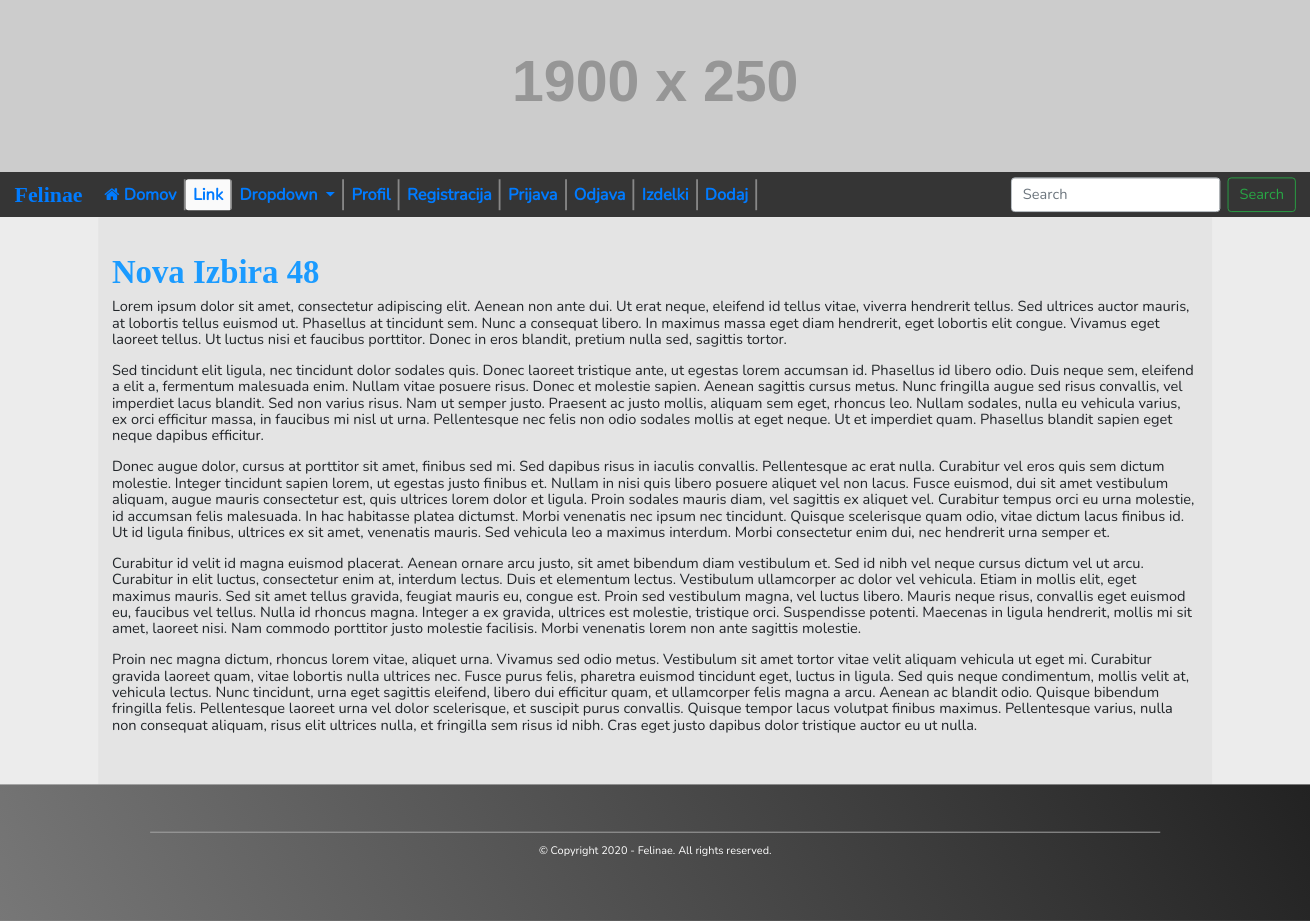
Repository: UrbyK/Felinae
Page: http://localhost/index.php?page=home
These files come from the project's save history. The page is drawn as it stood at one moment and after the next save; the edit follows.
The browser window is 1440 px wide. The pictures show the whole page, at 91% of full size.
Some web fonts or font styles are not loaded; a fallback is used. The page is run by PHP 8.4 with error messages shown; the project is at /var/www/html/.

Above is the page before, as saved 2020-08-29 18:34:10.

### index.php
<?php
    session_start();

    include './functions.php';

    $pdo = pdo_connect_mysql();

    $_GET   = filter_input_array(INPUT_GET, FILTER_SANITIZE_STRING);
    $_POST  = filter_input_array(INPUT_POST, FILTER_SANITIZE_STRING);

    $page = isset($_GET['page']) && file_exists($_GET['page']. '.php') ? $_GET['page'] : 'home';
    include $page . '.php';

    template_footer();

?>

### functions.php
<?php
    include './includes/dbh.inc.php';

    include_once('./includes/search-functions.php');
    include_once('./includes/picture-upload.inc.php');

    function template_header($title){
        include_once('./header.php');
    }

    function template_footer(){
        include_once('./footer.php');
    }


    function countries(){
        $pdo = pdo_connect_mysql();
        $stmt = $pdo->prepare("SELECT * FROM country");
        $stmt->execute();
        $result = $stmt->fetchAll(PDO::FETCH_ASSOC);
        return $result;
    }

    function slugify($string){
        return strtolower(trim(preg_replace('/[^A-Za-z0-9-]+/', '-', $string), '-'));
    }

    function get_image($product_id){
        $pdo = pdo_connect_mysql();
        $stmt = $pdo->prepare("SELECT * FROM product_image WHERE product_id = ?");
        $stmt->execute([$product_id]);
        $result = $stmt->fetchAll(PDO::FETCH_ASSOC);
        return $result;
    }

    function retail_price($product_id){
        $pdo = pdo_connect_mysql();
        $stmt = $pdo->prepare("SELECT * FROM product WHERE ID = ?");
        $stmt->execute([$product_id]);
        $product = $stmt->fetch();

        if($product['startsAt'] <= date('Y-m-d H:i:s') && date('Y-m-d H:i:s') <= $product['endsAt']){
            $retail_price = round($product['price']-($product['price']*($product['discount']/100)), 2);
        }
        else{
            $retail_price = $product['price'];
        }

        return $retail_price;

    }

?>

### includes/dbh.inc.php
<?php
    function pdo_connect_mysql(){
        /* credentials */
        $dbHost = 'localhost';
        $dbUser = 'root';
        $dbPass = '';
        $dbName = 'felinae';

        try{
            return new PDO('mysql:host=' . $dbHost . ';dbname=' . $dbName . ';charset=utf8', $dbUser, $dbPass);
        } catch (PDOException $exception) {
            // If there is an error with the connection, stop the script and display the error.
            die ('Failed to connect to database!'. $exception->getMessage());
        }
    }
?>

### includes/search-functions.php
<?php
    function get_city($pdo, $city, $postalCode, $country_id){

        $query = "SELECT * FROM city WHERE country_id = ? AND lower(city) LIKE lower(?) AND postalCode = ?";
        $stmt = $pdo->prepare($query);
        $stmt->execute([$country_id, $city, $postalCode]);
        return $stmt;
    }
?>

### includes/picture-upload.inc.php
<?php

    function image_upload($product_id, $url, $caption, $i){

        $pdo = pdo_connect_mysql();
        $target_dir = "./uploads/";
        $relative_dir = "./uploads/";

        $change_name = date("Y-m-d-h-i-s")."-".$product_id."-".basename($url);
        $change_name;
        $target_file = $target_dir . $change_name;
        $relative_file = $relative_dir . $change_name;

        $uploadOk = 1;
        $imageFileType = strtolower(pathinfo($target_file,PATHINFO_EXTENSION));

        if(isset($_POST["submit"])) {
            $check = getimagesize($_FILES["image"]["tmp_name"][$i]);
            if($check !== false) {
                //echo "File is an image - " . $check["mime"] . ".";
                $uploadOk = 1;
            } else {
                //echo "File is not an image.";
                $uploadOk = 0;
            }
        }

        if($imageFileType != "jpg" && $imageFileType != "png" && $imageFileType != "jpeg"
        && $imageFileType != "gif" ) {
            $uploadOk = 0;
        }

        if ($uploadOk == 1) {
            if (move_uploaded_file($_FILES["image"]["tmp_name"][$i], $target_file)) {
                //vse je ok, zapišem še v bazo
                $query = "INSERT INTO product_image(product_id, image, caption) VALUES (?,?,?)";
                $stmt = $pdo->prepare($query);
                $stmt->execute([$product_id, $relative_file, $caption]);
            }
        }
    }

?>

### home.php
<?=template_header('Home')?>
<div class="row">
    <h1>Nova Izbira 48</h1>
    <p>
    Lorem ipsum dolor sit amet, consectetur adipiscing elit. Aenean non ante dui. Ut erat neque, eleifend id tellus vitae, viverra hendrerit tellus. Sed ultrices auctor mauris, at lobortis tellus euismod ut. Phasellus at tincidunt sem. Nunc a consequat libero. In maximus massa eget diam hendrerit, eget lobortis elit congue. Vivamus eget laoreet tellus. Ut luctus nisi et faucibus porttitor. Donec in eros blandit, pretium nulla sed, sagittis tortor.
    </p>
    <p>
    Sed tincidunt elit ligula, nec tincidunt dolor sodales quis. Donec laoreet tristique ante, ut egestas lorem accumsan id. Phasellus id libero odio. Duis neque sem, eleifend a elit a, fermentum malesuada enim. Nullam vitae posuere risus. Donec et molestie sapien. Aenean sagittis cursus metus. Nunc fringilla augue sed risus convallis, vel imperdiet lacus blandit. Sed non varius risus. Nam ut semper justo. Praesent ac justo mollis, aliquam sem eget, rhoncus leo. Nullam sodales, nulla eu vehicula varius, ex orci efficitur massa, in faucibus mi nisl ut urna. Pellentesque nec felis non odio sodales mollis at eget neque. Ut et imperdiet quam. Phasellus blandit sapien eget neque dapibus efficitur.
    </p>
    <p>
    Donec augue dolor, cursus at porttitor sit amet, finibus sed mi. Sed dapibus risus in iaculis convallis. Pellentesque ac erat nulla. Curabitur vel eros quis sem dictum molestie. Integer tincidunt sapien lorem, ut egestas justo finibus et. Nullam in nisi quis libero posuere aliquet vel non lacus. Fusce euismod, dui sit amet vestibulum aliquam, augue mauris consectetur est, quis ultrices lorem dolor et ligula. Proin sodales mauris diam, vel sagittis ex aliquet vel. Curabitur tempus orci eu urna molestie, id accumsan felis malesuada. In hac habitasse platea dictumst. Morbi venenatis nec ipsum nec tincidunt. Quisque scelerisque quam odio, vitae dictum lacus finibus id. Ut id ligula finibus, ultrices ex sit amet, venenatis mauris. Sed vehicula leo a maximus interdum. Morbi consectetur enim dui, nec hendrerit urna semper et.
    </p>
    <p>
    Curabitur id velit id magna euismod placerat. Aenean ornare arcu justo, sit amet bibendum diam vestibulum et. Sed id nibh vel neque cursus dictum vel ut arcu. Curabitur in elit luctus, consectetur enim at, interdum lectus. Duis et elementum lectus. Vestibulum ullamcorper ac dolor vel vehicula. Etiam in mollis elit, eget maximus mauris. Sed sit amet tellus gravida, feugiat mauris eu, congue est. Proin sed vestibulum magna, vel luctus libero. Mauris neque risus, convallis eget euismod eu, faucibus vel tellus. Nulla id rhoncus magna. Integer a ex gravida, ultrices est molestie, tristique orci. Suspendisse potenti. Maecenas in ligula hendrerit, mollis mi sit amet, laoreet nisi. Nam commodo porttitor justo molestie facilisis. Morbi venenatis lorem non ante sagittis molestie.
    </p>
    <p>
    Proin nec magna dictum, rhoncus lorem vitae, aliquet urna. Vivamus sed odio metus. Vestibulum sit amet tortor vitae velit aliquam vehicula ut eget mi. Curabitur gravida laoreet quam, vitae lobortis nulla ultrices nec. Fusce purus felis, pharetra euismod tincidunt eget, luctus in ligula. Sed quis neque condimentum, mollis velit at, vehicula lectus. Nunc tincidunt, urna eget sagittis eleifend, libero dui efficitur quam, et ullamcorper felis magna a arcu. Aenean ac blandit odio. Quisque bibendum fringilla felis. Pellentesque laoreet urna vel dolor scelerisque, et suscipit purus convallis. Quisque tempor lacus volutpat finibus maximus. Pellentesque varius, nulla non consequat aliquam, risus elit ultrices nulla, et fringilla sem risus id nibh. Cras eget justo dapibus dolor tristique auctor eu ut nulla.
    </p>
</div>

<?=template_footer()?>

### header.php
<!DOCTYPE html>
<html>
    <head>
        <meta charset="utf-8" content="text/html"/>
        <meta name="viewport" content="width=device-width, intital-scale=1.0"/>

        <!-- JavaScript -->
        <script src="https://code.jquery.com/jquery-3.5.1.js" integrity="sha256-QWo7LDvxbWT2tbbQ97B53yJnYU3WhH/C8ycbRAkjPDc=" crossorigin="anonymous"></script>
        <!-- Boostrap -->
            <!-- CSS -->
        <link rel="stylesheet" href="https://stackpath.bootstrapcdn.com/bootstrap/4.5.0/css/bootstrap.min.css"
            integrity="sha384-9aIt2nRpC12Uk9gS9baDl411NQApFmC26EwAOH8WgZl5MYYxFfc+NcPb1dKGj7Sk" crossorigin="anonymous" />

            <!-- JavaScript -->
        <script src="https://stackpath.bootstrapcdn.com/bootstrap/4.5.0/js/bootstrap.bundle.min.js"
             integrity="sha384-1CmrxMRARb6aLqgBO7yyAxTOQE2AKb9GfXnEo760AUcUmFx3ibVJJAzGytlQcNXd" crossorigin="anonymous"></script>

        <!-- FONTAWESOME -->
        <link rel="stylesheet" href="https://stackpath.bootstrapcdn.com/font-awesome/4.7.0/css/font-awesome.min.css" integrity="sha384-wvfXpqpZZVQGK6TAh5PVlGOfQNHSoD2xbE+QkPxCAFlNEevoEH3Sl0sibVcOQVnN"
         crossorigin="anonymous">

         <script src="./js/active-menu.js" crossorigin="anonymous"></script>

         <!--CUSTOM CSS-->
         <link rel="stylesheet" href="./css/style.css">

        <title>Felinae</title>
    </head>

    <body>

        <header>
            <div class="banner"><img src="https://via.placeholder.com/1900x250" alt="banner"></div>
        </header>

       <!-- <nav class="navbar sticky-top navbar-expand-lg navbar-light bg-light ">-->
        <nav class="navbar sticky-top navbar-expand-lg">
            <a class="navbar-brand" href="#">Felinae</a>
            <button class="navbar-toggler ml-auto custom-toggler" type="button" data-toggle="collapse" data-target="#navbarSupportedContent" aria-controls="navbarSupportedContent" aria-expanded="false" aria-label="Toggle navigation">
                <span class="navbar-toggler-icon"></span>
            </button>

            <div class="collapse navbar-collapse" id="navbarSupportedContent">

                <ul class="navbar-nav mr-auto">
                    <li class="nav-item">
                        <a class="nav-link" href="./index.php"><i class="fa fa-home" aria-hidden="true"></i> Domov <span class="sr-only">(current)</span></a>
                    </li>
                    <li class="nav-item">
                        <a class="nav-link" href="./index.php?page=home">Link</a>
                    </li>
                    <li class="nav-item dropdown" >
                        <a class="nav-link dropdown-toggle" href="#" id="navbarDropdown" role="button" data-toggle="dropdown" aria-haspopup="true" aria-expanded="false">
                        Dropdown
                        </a>
                        <div class="dropdown-menu" aria-labelledby="navbarDropdown">
                        <a class="dropdown-item" href="#">Action</a>
                        <a class="dropdown-item" href="#">Another action</a>
                        <div class="dropdown-divider"></div>
                        <a class="dropdown-item" href="#">Something else here</a>
                        </div>
                    </li>

                    <li class="nav-item">
                        <a class="nav-link" href="./index.php?page=profile">Profil</a>
                    </li>
                    <li class="nav-item">
                        <a class="nav-link" href="./index.php?page=register-user">Registracija</a>
                    </li>
                    <li class="nav-item">
                        <a class="nav-link" href="./index.php?page=login">Prijava</a>
                    </li>
                    <li class="nav-item">
                        <a class="nav-link" href="./index.php?page=logout">Odjava</a>
                    </li>
                    <li class="nav-item">
                        <a class="nav-link" href="./index.php?page=products">Izdelki</a>
                    </li>
                    <li class="nav-item">
                        <a class="nav-link" href="./index.php?page=product-add">Dodaj</a>
                    </li>

                </ul>

                <form class="form-inline my-2 my-lg-0">
                    <input class="form-control mr-sm-2" type="search" placeholder="Search" aria-label="Search">
                    <button class="btn btn-outline-success my-2 my-sm-0" type="submit">Search</button>
                </form>

            </div>
        </nav>

    <div class="container-fluid">

### footer.php
    </div><!-- class="container-fluid" --->

        <footer class="page-footer font-small flow-footer" id="footer" role="contentinfo">
            <div class="footer-wrapper">
                <div class="container container-footer">
                    <div class="row">

                        <div class="col-12 copy">

                            <p class="text-center">&copy; Copyright 2020 - Felinae.  All rights reserved.</p>

                        </div>

                    </div>
                </div>
            </div>
        </footer>





    </body>
</html>

### js/active-menu.js
$(function(){
    // this will get the full URL at the address bar
    var url = window.location.href;

    // passes on every "a" tag
    $(".navbar a").each(function() {
            // checks if its the same on the address bar
        if(url === (this.href)) {
            $(this).closest("li").addClass("active");
        }
    });
});

### css/style.css
@import url('http://fonts.googleapis.com/css?family=Oxygen+Mono');
@import url('https://fonts.googleapis.com/css?family=Damion|Neucha|Pacifico|Yellowtail&display=swap');
@import url('https://fonts.googleapis.com/css2?family=Crimson+Text&family=Nunito&family=Overlock&family=Source+Sans+Pro&display=swap');
@import url('https://fonts.googleapis.com/css2?family=Love+Ya+Like+A+Sister&display=swap');

*{
    text-decoration: none;
    list-style: none;
}

body{
    padding: 0;
    margin: 0 auto;
    font-size: 16px;
    line-height: 1.125em;
    height: 100%;
    min-height: 100%;
    font-family: 'Nunito', 'Source Sans Pro', sans-serif;
    background-color: #ececec;
    display: flex;
    flex-direction: column;
}

h1, h2, h3, h4, h5, h6{
    font-family: 'Overlock', 'Crimson Text', cursive, serif;
    color: #1b9bff;
    font-weight: 550;
    line-height: 1.125em;
}

h1{
    font-size: 36px;
}
h2{
    font-size: 32px;
}
h3{
    font-size: 28px;
}
h4{
    font-size: 24px;
}
h5{
    font-size: 20px;
}
h6{
    font-size: 16px;
}

.container-fluid{
  max-width: 100%;
  width: auto;
  height: auto;
  align-content: center;
  background-color: #e4e4e4;
  padding-top: 20px;
  padding-bottom: 20px;
}

@media all and (min-width: 1300px){
  .container-fluid{
    max-width: 85%;
  }
}

.container, .container-fluid{
  height: 100%;
  min-height: 100%;
}

/* BANNER */
.banner img{
    width: 100%;
    height: auto;
}

/*NAVBAR*/
.navbar{
    background-color: rgb(53,53,53);
    font-size: 18px;
    font-weight: 600;
    max-height: 50px;
}

.navbar-brand{
    font-size: 24px;
    font-family: 'Love Ya Like A Sister','Overlock';
    font-weight: 800;

}

.custom-toggler .navbar-toggler-icon {
    background-image: url("data:[embedded picture, 239 characters]");
  }

  .custom-toggler, .navbar-toggler {
    border-color: rgb(27, 155, 255);
    border-width: 2px;
  }

  .active{
    background-color: #FAFAFA;
    border-radius: 3px;
  }
.navbar-nav .nav-item{
    border-right: 2px solid #888;
}

/*=======FOOTER=========*/
footer {
  background: #535355;
  background: -webkit-linear-gradient(63deg, #777777, #222222);
  background: linear-gradient(63deg, #777777, #222222);
  color: white;
  height: 150px;
  position: relative;
  width: 100%;
}

footer a {
  color: #fefefe;
  font-size: 14px;
  transition-duration: 0.2s;
}

footer a:hover {
  color: #1b9bff;
  text-decoration: none;
}

.copy {
  font-size: 12px;
  padding: 10px;
  border-top: 1px solid #aaa;
}

.footer-wrapper {
  padding-top: 2em;
  color: white;
}



/*REGISTER/LOGIN FORM*/

.my-form .hint{
    font-size: 10px;
}

/*======PRODUCT ADD======*/
.form-group .col #charNum{
  float: right;
}

/*======== HOVERBOX ==============*/
/* displays text when you hover over the image */
.hvrbox,
.hvrbox * {
  box-sizing: border-box;
}

.hvrbox {
  position: relative;
  display: inline-block;
  overflow: hidden;

  height: 100%;
  width: auto;
  margin-top: 5%;
  padding-bottom: 10px;

  border-bottom: 1px dashed #aaa;
}

.hvrbox img {
  max-width: 100%;
  margin: auto;
}

.hvrbox .hvrbox-layer_bottom {
  display: block;
}

.hvrbox .hvrbox-layer_top {
  opacity: 0;
  position: absolute;
  top: 0;
  left: 0;
  right: 0;
  bottom: 0;
  width: 100%;
  height: 100%;
  background: rgba(0, 0, 0, 0.6);
  color: #fff;
  padding: 15px;
  -moz-transition: all 0.5s ease-in-out 0s;
  -webkit-transition: all 0.5s ease-in-out 0s;
  -ms-transition: all 0.5s ease-in-out 0s;
  transition: all 0.5s ease-in-out 0s;
}

.hvrbox:hover .hvrbox-layer_top,
.hvrbox.active .hvrbox-layer_top {
  opacity: 1;
  height: 100%;
}

.hvrbox .hvrbox-text {
  text-align: center;
  font-size: 17px;
  display: inline-block;
  position: absolute;
  top: 50%;
  left: 50%;
  -moz-transform: translate(-50%, -50%);
  -webkit-transform: translate(-50%, -50%);
  -ms-transform: translate(-50%, -50%);
  transform: translate(-50%, -50%);
}

.hvrbox .hvrbox-text_mobile {
  font-size: 15px;
  border-top: 1px solid rgb(179, 179, 179); /* for old browsers */
  border-top: 1px solid rgba(179, 179, 179, 0.7);
  margin-top: 5px;
  padding-top: 2px;
  display: none;
}

.hvrbox.active .hvrbox-text_mobile {
  display: block;
}

.hvrbox .hvrbox-layer_slideup {
  -moz-transform: translateY(100%);
  -webkit-transform: translateY(100%);
  -ms-transform: translateY(100%);
  transform: translateY(100%);
}

.hvrbox:hover .hvrbox-layer_slideup,
.hvrbox.active .hvrbox-layer_slideup {
  -moz-transform: translateY(0);
  -webkit-transform: translateY(0);
  -ms-transform: translateY(0);
  transform: translateY(0);
}

.hvrbox:hover .price{
  color: #fff;
  -moz-transition: color 0.8s ease 0s;
  -webkit-transition: color 0.8s ease 0s;
  -ms-transition: color 0.8s ease 0s;
  transition: color 0.8s ease 0s;
}

/*========PRODUCTS=========*/
.card-btn form input{
  max-width: 250px;
  width: 100%;
}

form input[type="number"] {
  width: 100%;
	padding: 10px;
	margin-bottom: 15px;
	border: 1px solid #aaa;
	color: #555555;
  border-radius: 5px;
  -moz-appearance: textfield;
}

form input[type="submit"] {
	background-color: #1b9bff;;
	border: 0;
	color: #FFFFFF;
	width: 100%;
	padding: 12px 0;
	text-transform: uppercase;
	font-size: 14px;
	font-weight: bold;
	border-radius: 5px;
  cursor: pointer;

}

form input[type="submit"]:hover {
	background-color: #1a5f94;;
}


.product-item {
  background-color: #fff;
  border: 1px solid black;
}

.product-name{
  font-size: 16px;
  /*padding-top: 15px;*/
  font-weight: bold;
  color: #1b9bff;
  font-family: 'Franklin Gothic Medium', 'Arial Narrow', Arial, sans-serif;
}

.product-name:hover{
color: #1a5f94;
}



/* THUMBNAIL FOR IMAGE PREVIEW ON PRODUCTS*/
.img-thumbnail{
  max-height: 100%;
  height: auto;
  width: auto;
}

.row{
  margin: 20px auto;
}


/* CARD */
.products-preview{
  max-height: 450px;
}

.products-preview-body{
  height: 200px;

}

.products-preview-body ul{
  list-style: none;
  padding: 0;
}
/*
.products-preview-body span {
  position: relative;
  display: block;
}*/

/*==products prices==*/
.card-btn{
  margin: 20px auto;
}

.price{
  font-weight: bold;
  font-size: 20px;
  color: #3f3f3f;
  }

.old-price{
  font-size: 20px;
  margin: 0 5px;
  font-weight: normal;
  color: #777;
}

.discount{
  font-size: 18px;
  color: #eee;
  font-weight: 900;
  border: 2px solid #009900;
  border-radius: 50%;
  background-color: #009900;
  margin: 3px;
  padding: 5px;
  float: right;
  text-decoration: none;
}

del, .old-price{
  text-decoration: line-through;
}

input[type=submit]:disabled{
  background-color: #346081;
}

.product-picture{
  display: flex;
  align-items: center;
  justify-content: center;
}

.product-picture img{
  align-items: center;
  justify-content: center;
  max-width: 100%;
  margin: auto;
  border: 2px solid #aaa;
  max-height: 650px;
  /*border-radius: 50px;*/
}



.product-info{
  margin: auto 0;
  padding-right: 5%;
  padding-bottom: 55px;
  background-color: #efefef;
}

.product-info h1 {
	font-size: 34px;
	font-weight: normal;
	margin: 0;
  padding: 20px 0 10px 0;
  color: #1b9bff;
  font-family:  'Franklin Gothic Medium', 'Arial Narrow', Arial, sans-serif;
}

.product-info .price {
	display: block;
	font-size: 22px;
}

.product-info form {
	display: flex;
	flex-flow: column;
  margin: 40px 0;
}

.product-info form input,
.card-btn form input{
  max-width: 250px;
  width: 100%;
}

.product-info form input[type="number"],
.card-btn form input[type="number"],
.cart form input[type="number"] {
  width: 100%;
	padding: 10px;
	margin-bottom: 15px;
	border: 1px solid #aaa;
	color: #555555;
  border-radius: 5px;
  -moz-appearance: textfield;
}

.product-info form input[type="submit"],
.card-btn form input[type="submit"] {
	background-color: #1b9bff;;
	border: 0;
	color: #FFFFFF;
	width: 100%;
	padding: 12px 0;
	text-transform: uppercase;
	font-size: 14px;
	font-weight: bold;
	border-radius: 5px;
  cursor: pointer;

}
.product-info form input[type="submit"]:hover,
.card-btn form input[type="submit"]:hover {
	background-color: #1a5f94;;
}
/*
.product-price .old-price{
  float: left;
}
*/
li .discount{
  float: none;
  text-decoration: none !important;
}

.product-price .retail-price{
  font-size: 38px;
  margin-top: 24px;
}

/*===CAROUSEL===*/
.carousel-control:hover{
  background-color: rgba(51, 51, 51, 0.5);
}

.carousel-inner {
  margin: auto 0;
}

.sales-date{
  margin-bottom: 10px;
  font-size: 18px;
  color: #009900;
}

.whitespace{
  white-space: pre-wrap;
}

.products-preview{
  margin: 5px auto;
}

.measurements{
  white-space: nowrap;
}

.measurements li{
  display: inline;
}


/*======FOOTER======*/

After the next save:
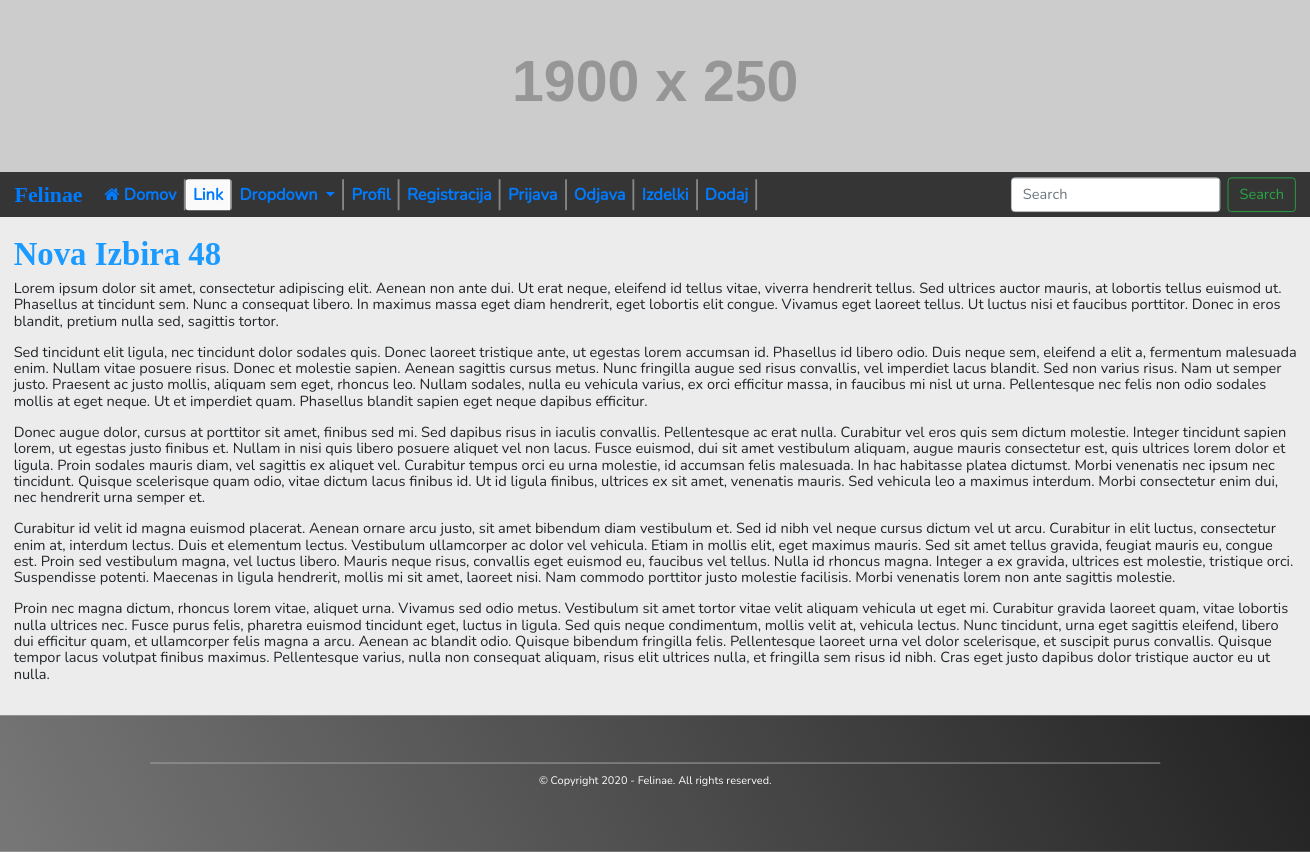
Saved 90 s later.
--- a/css/style.css
+++ b/css/style.css
@@ -45,22 +45,6 @@ h5{
 }
 h6{
     font-size: 16px;
-}
-
-.container-fluid{
-  max-width: 100%;
-  width: auto;
-  height: auto;
-  align-content: center;
-  background-color: #e4e4e4;
-  padding-top: 20px;
-  padding-bottom: 20px;
-}
-
-@media all and (min-width: 1300px){
-  .container-fluid{
-    max-width: 85%;
-  }
 }
 
 .container, .container-fluid{
